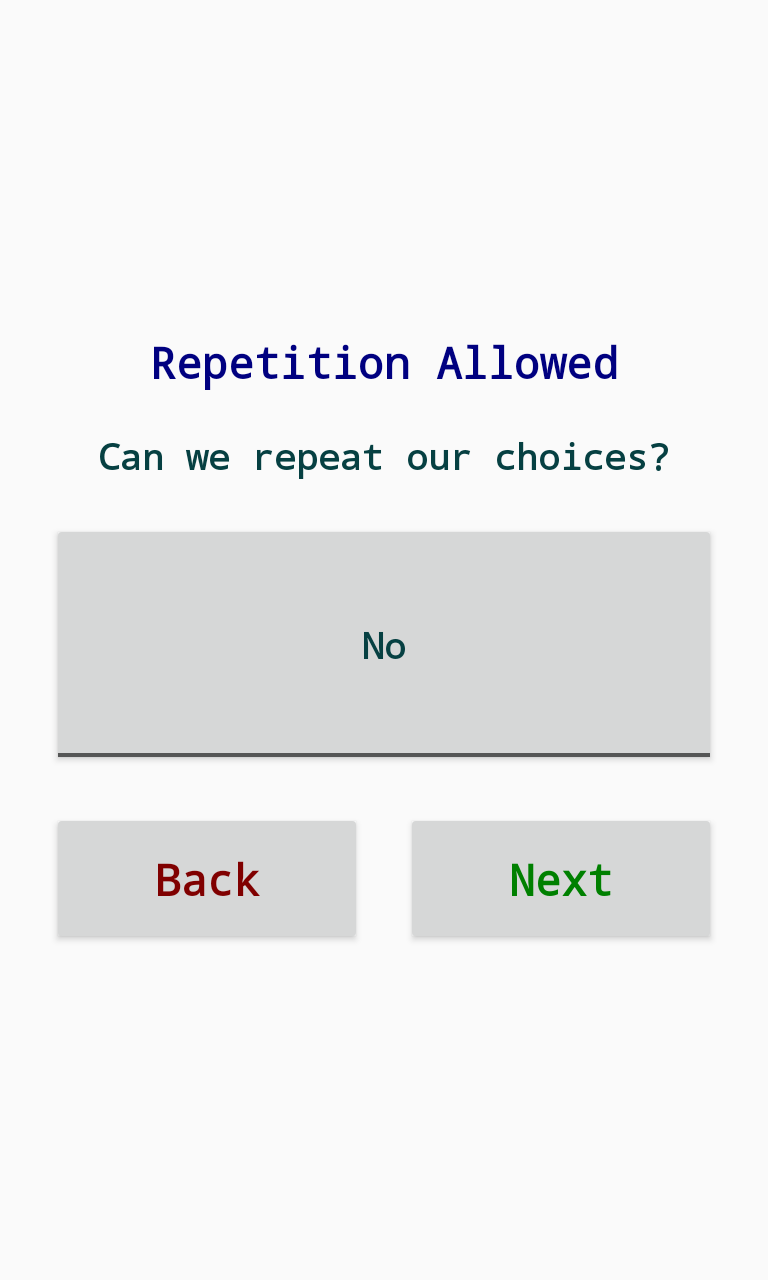
Repository: rontejada1991/Combinations-and-Permutations-Android-App
Layout: combinations/res/layout/activity_repeat.xml
The author's editor kept a copy of each file at every save. The layout is drawn from the files as they stood at one save, then again after the next save.
It is drawn on a 768 x 1280 px phone screen (xhdpi) without system bars, with theme AppTheme; the app's code is not run.

Above is the layout before, as saved 2014-11-07 21:16:53.

### combinations/res/layout/activity_repeat.xml
<LinearLayout xmlns:android="http://schemas.android.com/apk/res/android"
    xmlns:tools="http://schemas.android.com/tools"
    android:layout_width="match_parent"
    android:layout_height="match_parent"
	android:orientation="vertical"
	android:gravity="center"
	android:padding="25dp"
    tools:context="com.silvercloudgames.combinations.RepeatActivity" >

    <TextView
        android:id="@+id/tv_title"
        style="@style/CodeFont"
        android:layout_width="fill_parent"
        android:text="Repetition Allowed"
        android:textColor="#000080"
        android:layout_marginBottom="20dp" />

	<TextView
	    android:id="@+id/tv_sub"
        style="@style/CodeFont.Med"
        android:layout_width="fill_parent"
        android:text="Can we repeat our choices?"
        android:layout_marginBottom="20dp" />

		<ToggleButton
		    android:id="@+id/tb_repeat"
		    android:layout_width="fill_parent"
		    android:layout_height="wrap_content"
		    android:textOn="Yes"
		    android:textOff="No"
		    android:padding="50dp"
		    style="@style/CodeFont.Med"
		    android:layout_marginBottom="20dp" />

	<LinearLayout
	    android:layout_width="fill_parent"
	    android:layout_height="wrap_content"
	    android:orientation="horizontal"
	    android:gravity="center">

	    <Button
	        android:id="@+id/b_back"
	        style="@style/CodeFont"
	        android:text="Back"
	        android:padding="20dp"
	        android:layout_weight="1"
	        android:textColor="#800000"
	        android:layout_marginRight="10dp"
	        android:onClick="onBackPressed" />

	   	<Button
	   	    android:id="@+id/b_next"
	        style="@style/CodeFont"
	        android:text="Next"
	        android:padding="20dp"
	        android:layout_weight="1"
	        android:textColor="#008000"
	        android:layout_marginLeft="10dp"
	        android:onClick="onNextPressed" />

	</LinearLayout>

</LinearLayout>

### combinations/res/values/code_font.xml
<?xml version="1.0" encoding="utf-8"?>
<resources xmlns:android="http://schemas.android.com/apk/res/android">

    <style name="CodeFont">
        <item name="android:layout_width">wrap_content</item>
        <item name="android:layout_height">wrap_content</item>
        <item name="android:textColor">#064042</item>
        <item name="android:textStyle">bold</item>
        <item name="android:typeface">monospace</item>
        <item name="android:gravity">center</item>
        <item name="android:textAppearance">@android:style/TextAppearance.Large</item>
    </style>

    <style name="CodeFont.Med">
        <item name="android:textAppearance">@android:style/TextAppearance.Medium</item>
    </style>

    <style name="CodeFont.Italic">
        <item name="android:textStyle">italic</item>
    </style>

</resources>

Loaded but not shown: combinations/res/values/styles.xml (common file); combinations/res/values-v11/styles.xml (common file); combinations/res/values-v14/styles.xml (common file)

After the next save:
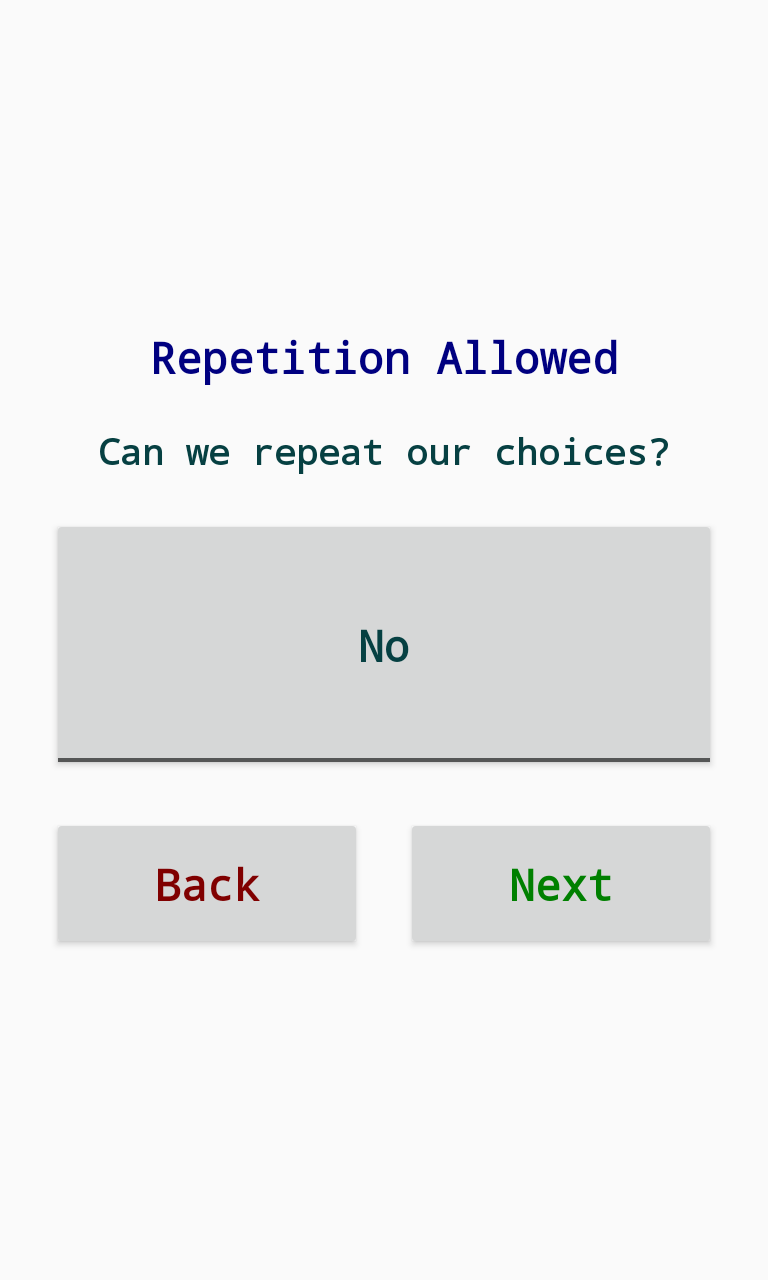
Saved 5 s later.
--- a/combinations/res/layout/activity_repeat.xml
+++ b/combinations/res/layout/activity_repeat.xml
@@ -29,7 +29,7 @@
 		    android:textOn="Yes"
 		    android:textOff="No"
 		    android:padding="50dp"
-		    style="@style/CodeFont.Med"
+		    style="@style/CodeFont"
 		    android:layout_marginBottom="20dp" />
 
 	<LinearLayout
